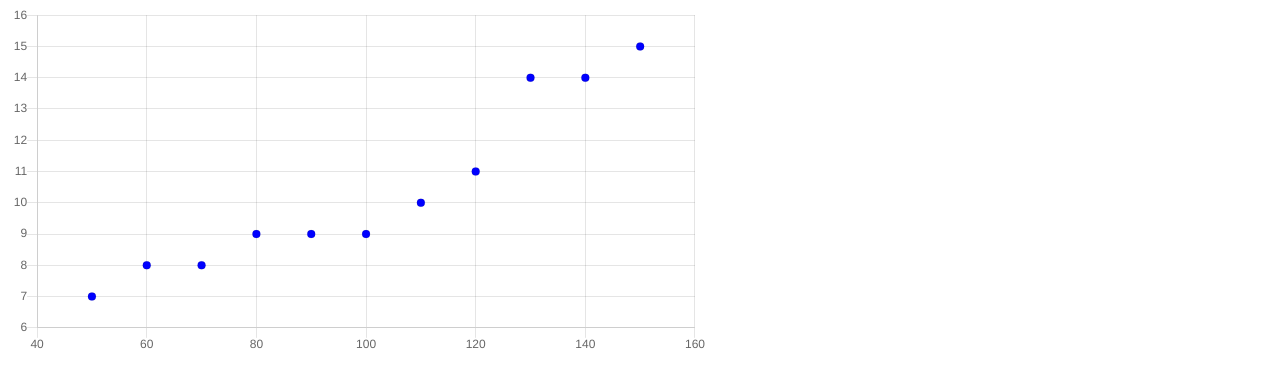
Repository: Hugh-KR/AccountBook
Page: http://localhost/Account_Book/NewFile.jsp
These files come from the project's save history. The page is drawn as it stood at one moment and after the next save; the edit follows.
The browser window is 1280 px wide. The pictures show the whole page.
The page is served by Tomcat 9. Nobody is signed in. The application's start-up code is not run. Other server files are loaded and not shown.

Above is the page before, as saved 2022-12-01 05:16:36.

### Account_Book/src/main/webapp/NewFile.jsp
<%@ page language="java" contentType="text/html; charset=UTF-8"
    pageEncoding="UTF-8"%>
<!DOCTYPE html>
<html>
<head>
<meta charset="UTF-8">
<title>Insert title here</title>
<script src="https://cdnjs.cloudflare.com/ajax/libs/Chart.js/2.9.4/Chart.js"></script>
</head>
<body>
  <canvas id="myChart" style="width:100%;max-width:700px"></canvas>

<script>
var xyValues = [
  {x:50, y:7},
  {x:60, y:8},
  {x:70, y:8},
  {x:80, y:9},
  {x:90, y:9},
  {x:100, y:9},
  {x:110, y:10},
  {x:120, y:11},
  {x:130, y:14},
  {x:140, y:14},
  {x:150, y:15}
];

new Chart("myChart", {
  type: "scatter",
  data: {
    datasets: [{
      pointRadius: 4,
      pointBackgroundColor: "rgb(0,0,255)",
      data: xyValues
    }]
  },
  options: {
    legend: {display: false},
    scales: {
      xAxes: [{ticks: {min: 40, max:160}}],
      yAxes: [{ticks: {min: 6, max:16}}],
    }
  }
});
</script>

</body>
</html>

After the next save:
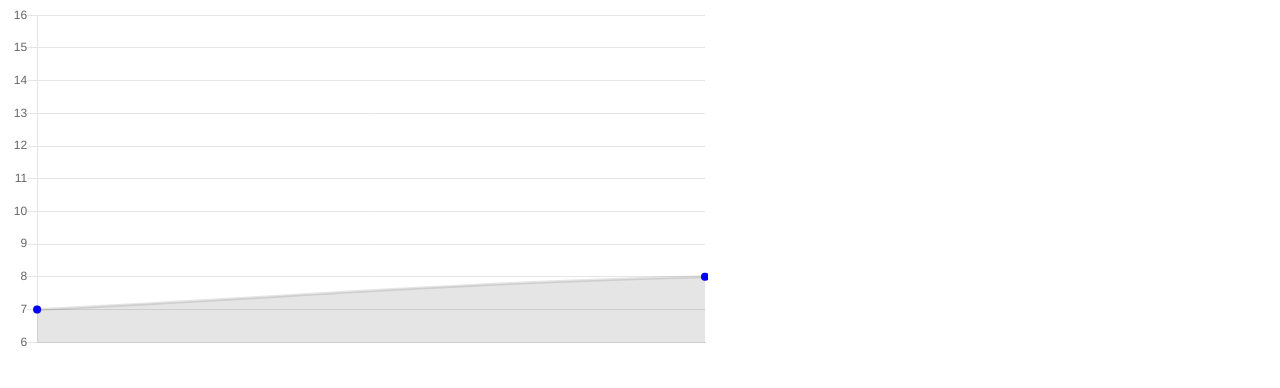
Saved 71 s later.
--- a/Account_Book/src/main/webapp/NewFile.jsp
+++ b/Account_Book/src/main/webapp/NewFile.jsp
@@ -26,7 +26,7 @@
 ];
 
 new Chart("myChart", {
-  type: "scatter",
+  type: "line",
   data: {
     datasets: [{
       pointRadius: 4,
